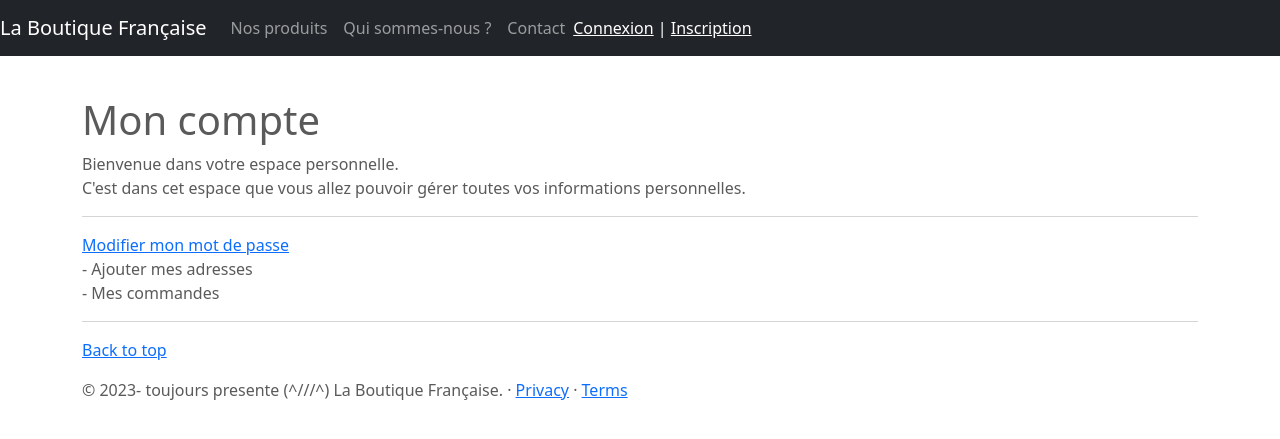
Repository: Coulibaly00180/laboutiquefrancaise
Page: templates/account/index.html.twig
An editor plug-in stored every save of this project. The page is shown before and after the next save, followed by the edit.
The browser window is 1280 px wide. The pictures show the whole page.
The page is a Twig template of a Symfony application; nobody is signed in and links lead nowhere. The template is opened directly, without the code that normally fills it, so the values that code supplies are empty.

Above is the page before, as saved 2023-03-03 17:48:57.

### templates/account/index.html.twig
{% extends 'base.html.twig' %}

{% block title %}Mon compte - La Boutique Française{% endblock %}

{% block content %}
    <h1>Mon compte</h1>
    Bienvenue {{ app.user.firstName}} dans votre espace personnelle. <br>
    C'est dans cet espace que vous allez pouvoir gérer toutes vos informations personnelles.<br>
    <hr>
    <a href="{{ path('app_account_password') }}">Modifier mon mot de passe</a> <br>
    -   Ajouter mes adresses<br>
    -   Mes commandes<br>
    <hr>
{% endblock %}

### templates/base.html.twig
<!doctype html>
<html lang="fr">
<head>
    <meta charset="utf-8">
    <meta name="viewport" content="width=device-width, initial-scale=1, shrink-to-fit=no">
    <meta name="description" content="">
    <meta name="author" content="Coulibaly Abdoulaye Christian">
    <meta name="generator" content="Jekyll v4.1.1">
    <title>{% block title %}La Boutique Française - 100% Made in French{% endblock %}</title>

    <!-- Bootstrap core CSS -->
    <link href="{{ asset('assets/css/bootstrap.min.css') }}" rel="stylesheet">
    <link href="{{ asset('assets/css/style.css') }}" rel="stylesheet">

    <style>
        .bd-placeholder-img {
            font-size: 1.125rem;
            text-anchor: middle;
            -webkit-user-select: none;
            -moz-user-select: none;
            -ms-user-select: none;
            user-select: none;
        }

        @media (min-width: 768px) {
            .bd-placeholder-img-lg {
                font-size: 3.5rem;
            }
        }
    </style>
    <!-- Custom styles for this template -->
    <link href="{{ asset('assets/css/carousel.css') }}" rel="stylesheet">
</head>
<body>
    <header>
        <nav class="navbar navbar-expand-md navbar-dark fixed-top bg-dark">
            <a class="navbar-brand" href="{{path('app_home') }}">La Boutique Française</a>
            <button class="navbar-toggler" type="button" data-toggle="collapse" data-target="#navbarCollapse" aria-controls="navbarCollapse" aria-expanded="false" aria-label="Toggle navigation">
                <span class="navbar-toggler-icon"></span>
            </button>
            <div class="collapse navbar-collapse" id="navbarCollapse">
                <ul class="navbar-nav mr-auto">
                    <li class="nav-item active">
                        <a class="nav-link" href="#">Nos produits</a>
                    </li>
                    <li class="nav-item">
                        <a class="nav-link" href="#">Qui sommes-nous ?</a>
                    </li>
                    <li class="nav-item">
                        <a class="nav-link" href="#">Contact</a>
                    </li>
                </ul>

                <div class="navbar-item-custom">
                    {% if app.user %}
                        <a href=" {{path('app_account') }}">Mon compte <small>( {{app.user.lastName}} )</small></a> | <a href=" {{ path('app_logout') }}">Déconnexion</a>
                    {% else %}
                        <a href=" {{ path('app_login') }}">Connexion</a> | <a href="{{ path('app_register') }}">Inscription</a>
                    {% endif %}
                </div>

            </div>
        </nav>
    </header>

    <main role="main">

        {% if block('carousel') is defined %}

        <div id="myCarousel" class="carousel slide" data-ride="carousel">
            <ol class="carousel-indicators">
                <li data-target="#myCarousel" data-slide-to="0" class="active"></li>
                <li data-target="#myCarousel" data-slide-to="1"></li>
                <li data-target="#myCarousel" data-slide-to="2"></li>
            </ol>
            <div class="carousel-inner">
                <div class="carousel-item active">
                    <svg class="bd-placeholder-img" width="100%" height="100%" xmlns="http://www.w3.org/2000/svg" preserveAspectRatio="xMidYMid slice" focusable="false" role="img"><rect width="100%" height="100%" fill="#777"/></svg>
                    <div class="container">
                        <div class="carousel-caption text-left">
                            <h1>Example headline.</h1>
                            <p>Cras justo odio, dapibus ac facilisis in, egestas eget quam. Donec id elit non mi porta gravida at eget metus. Nullam id dolor id nibh ultricies vehicula ut id elit.</p>
                            <p><a class="btn btn-lg btn-primary" href="#" role="button">Sign up today</a></p>
                        </div>
                    </div>
                </div>
                <div class="carousel-item">
                    <svg class="bd-placeholder-img" width="100%" height="100%" xmlns="http://www.w3.org/2000/svg" preserveAspectRatio="xMidYMid slice" focusable="false" role="img"><rect width="100%" height="100%" fill="#777"/></svg>
                    <div class="container">
                        <div class="carousel-caption">
                            <h1>Another example headline.</h1>
                            <p>Cras justo odio, dapibus ac facilisis in, egestas eget quam. Donec id elit non mi porta gravida at eget metus. Nullam id dolor id nibh ultricies vehicula ut id elit.</p>
                            <p><a class="btn btn-lg btn-primary" href="#" role="button">Learn more</a></p>
                        </div>
                    </div>
                </div>
                <div class="carousel-item">
                    <svg class="bd-placeholder-img" width="100%" height="100%" xmlns="http://www.w3.org/2000/svg" preserveAspectRatio="xMidYMid slice" focusable="false" role="img"><rect width="100%" height="100%" fill="#777"/></svg>
                    <div class="container">
                        <div class="carousel-caption text-right">
                            <h1>One more for good measure.</h1>
                            <p>Cras justo odio, dapibus ac facilisis in, egestas eget quam. Donec id elit non mi porta gravida at eget metus. Nullam id dolor id nibh ultricies vehicula ut id elit.</p>
                            <p><a class="btn btn-lg btn-primary" href="#" role="button">Browse gallery</a></p>
                        </div>
                    </div>
                </div>
            </div>
            <a class="carousel-control-prev" href="#myCarousel" role="button" data-slide="prev">
                <span class="carousel-control-prev-icon" aria-hidden="true"></span>
                <span class="sr-only">Previous</span>
            </a>
            <a class="carousel-control-next" href="#myCarousel" role="button" data-slide="next">
                <span class="carousel-control-next-icon" aria-hidden="true"></span>
                <span class="sr-only">Next</span>
            </a>
        </div>

        {% endif %}


        <!-- Marketing messaging and featurettes
        ================================================== -->
        <!-- Wrap the rest of the page in another container to center all the content. -->

        <div class="container marketing {% if block('carousel') is not defined %} mt-5 {% endif %}">

            {% block content %}

            {% endblock %}

        </div><!-- /.container -->

        <!-- FOOTER -->
        <footer class="container">
            <p class="float-right"><a href="#">Back to top</a></p>
            <p>&copy; 2023- toujours presente (^///^) La Boutique Française. &middot; <a href="#">Privacy</a> &middot; <a href="#">Terms</a></p>
        </footer>
    </main>
    <script src="https://code.jquery.com/jquery-3.5.1.slim.min.js"></script>
    <script src="{{ asset('assets/js/bootstrap.bundle.js') }}"></script>
</body>
</html>

### public/assets/css/style.css
.navbar-item-custom, .navbar-item-custom a{
    color: #fff;
}

### public/assets/css/carousel.css
/* GLOBAL STYLES
-------------------------------------------------- */
/* Padding below the footer and lighter body text */

body {
    padding-top: 3rem;
    padding-bottom: 3rem;
    color: #5a5a5a;
}


/* CUSTOMIZE THE CAROUSEL
-------------------------------------------------- */

/* Carousel base class */
.carousel {
    margin-bottom: 4rem;
}
/* Since positioning the image, we need to help out the caption */
.carousel-caption {
    bottom: 3rem;
    z-index: 10;
}

/* Declare heights because of positioning of img element */
.carousel-item {
    height: 32rem;
}
.carousel-item > img {
    position: absolute;
    top: 0;
    left: 0;
    min-width: 100%;
    height: 32rem;
}


/* MARKETING CONTENT
-------------------------------------------------- */

/* Center align the text within the three columns below the carousel */
.marketing .col-lg-4 {
    margin-bottom: 1.5rem;
    text-align: center;
}
.marketing h2 {
    font-weight: 400;
}
.marketing .col-lg-4 p {
    margin-right: .75rem;
    margin-left: .75rem;
}


/* Featurettes
------------------------- */

.featurette-divider {
    margin: 5rem 0; /* Space out the Bootstrap <hr> more */
}

/* Thin out the marketing headings */
.featurette-heading {
    font-weight: 300;
    line-height: 1;
    letter-spacing: -.05rem;
}


/* RESPONSIVE CSS
-------------------------------------------------- */

@media (min-width: 40em) {
    /* Bump up size of carousel content */
    .carousel-caption p {
        margin-bottom: 1.25rem;
        font-size: 1.25rem;
        line-height: 1.4;
    }

    .featurette-heading {
        font-size: 50px;
    }
}

@media (min-width: 62em) {
    .featurette-heading {
        margin-top: 7rem;
    }
}

Loaded but not shown: public/assets/css/bootstrap.min.css (library); public/assets/js/bootstrap.bundle.js (library)

After the next save:
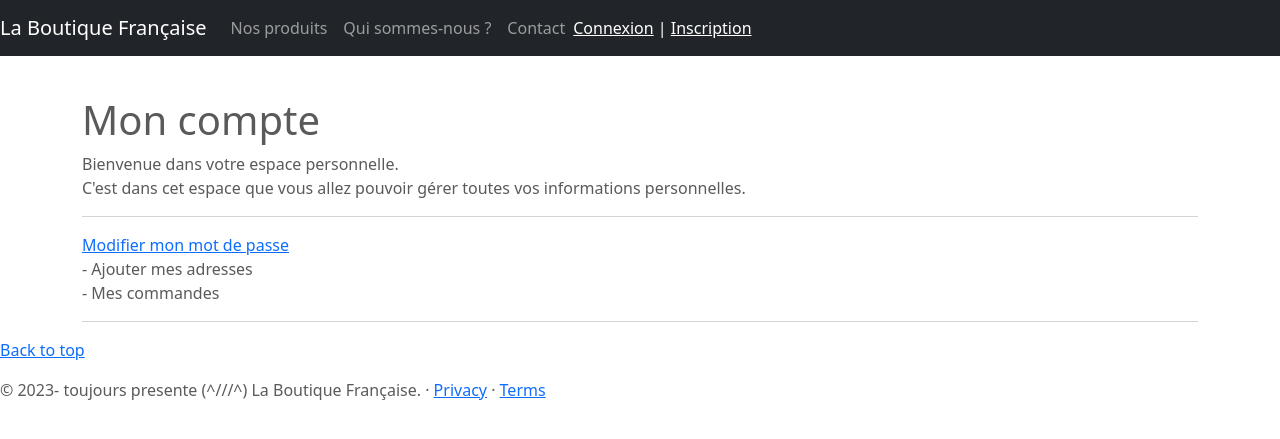
Saved 85 s later.
--- a/templates/base.html.twig
+++ b/templates/base.html.twig
@@ -131,7 +131,7 @@
         </div><!-- /.container -->
 
         <!-- FOOTER -->
-        <footer class="container">
+        <footer class="footer-custom">
             <p class="float-right"><a href="#">Back to top</a></p>
             <p>&copy; 2023- toujours presente (^///^) La Boutique Française. &middot; <a href="#">Privacy</a> &middot; <a href="#">Terms</a></p>
         </footer>
